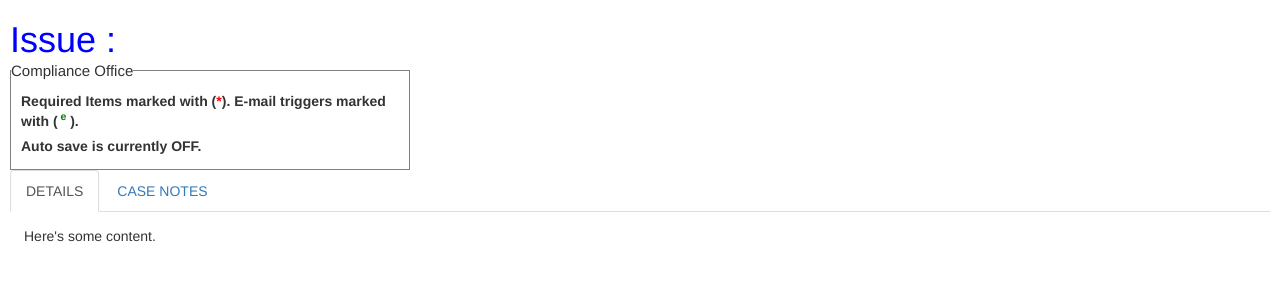
Repository: ManjushaDaram/LibraryPramati
Page: /
These files come from the project's save history. The page is drawn as it stood at one moment and after the next save; the edit follows.
The browser window is 1280 px wide. The pictures show the whole page.
The project was rebuilt for these pictures with package versions that can differ from the ones it lists, and the page was loaded fresh each time. Also part of the build but not shown: angular.json.

Above is the page before, as saved 2019-04-18 12:00:14.

### src/index.html
<!doctype html>
<html lang="en">
<head>
  <meta charset="utf-8">
  <title>PramatiLibrary</title>
  <base href="/">

  <meta name="viewport" content="width=device-width, initial-scale=1">
  <link rel="icon" type="image/x-icon" href="favicon.ico">
</head>
<body>
  <app-root></app-root>
</body>
</html>

### src/app/app.module.ts
import { BrowserModule } from '@angular/platform-browser';
import { NgModule } from '@angular/core';

import { AppRoutingModule } from './app-routing.module';
import { AppComponent } from './app.component';
import { AddissueComponent } from './AddIssue/addissue/addissue.component';
import {Tab} from './AddIssue/addissue/tabs/tab.component';
import {Tabs} from './AddIssue/addissue/tabs/tabs.component';

@NgModule({
  declarations: [
    AppComponent,
    AddissueComponent,Tab,Tabs
  ],
  imports: [
    BrowserModule,
    AppRoutingModule
  ],
  providers: [],
  bootstrap: [AppComponent]
})
export class AppModule { }

### src/app/app.component.ts
import { Component } from '@angular/core';

@Component({
  selector: 'app-root',
  templateUrl: './app.component.html',
  styleUrls: ['./app.component.css']
})
export class AppComponent {
  title = 'PramatiLibrary';
}

### src/app/AddIssue/addissue/addissue.component.ts
import { Component, OnInit } from '@angular/core';
import {} from './tabs/tabs.component';

@Component({
  selector: 'app-addissue',
  templateUrl: './addissue.component.html',
  styleUrls: ['./addissue.component.css']
})
export class AddissueComponent implements OnInit {

  constructor() { }

  ngOnInit() {
  }

}

### src/app/AddIssue/addissue/tabs/tab.component.ts
import { Component, Input } from '@angular/core';

@Component({
  selector: 'tab',
  styles: [`
    .pane{
      padding: 1em;
    }
  `],
  template: `
    <div [hidden]="!active" class="pane">
      <ng-content></ng-content>
    </div>
  `
})
export class Tab {
  @Input('tabTitle') title: string;
  @Input() active = false;
}

### src/app/AddIssue/addissue/tabs/tabs.component.ts
import { Component, ContentChildren, QueryList, AfterContentInit } from '@angular/core';
import { Tab } from './tab.component';

@Component({
  selector: 'tabs',
  template:`
    <ul class="nav nav-tabs">
      <li *ngFor="let tab of tabs" (click)="selectTab(tab)" [class.active]="tab.active">
        <a href="#">{{tab.title}}</a>
      </li>
    </ul>
    <ng-content></ng-content>
  `
})
export class Tabs implements AfterContentInit {

  @ContentChildren(Tab) tabs: QueryList<Tab>;

  // contentChildren are set
  ngAfterContentInit() {
    // get all active tabs
    let activeTabs = this.tabs.filter((tab)=>tab.active);

    // if there is no active tab set, activate the first
    if(activeTabs.length === 0) {
      this.selectTab(this.tabs.first);
    }
  }

  selectTab(tab: Tab){
    // deactivate all tabs
    this.tabs.toArray().forEach(tab => tab.active = false);

    // activate the tab the user has clicked on.
    tab.active = true;
  }

}

### src/app/app.component.html
<!--The content below is only a placeholder and can be replaced.-->
<app-addissue></app-addissue>
<router-outlet></router-outlet>

### src/app/AddIssue/addissue/addissue.component.html
<div class="inline">
<h1 style="color: blue">Issue :</h1>
</div>

<div id="inlineWord">
  <h3><span>Compliance Office</span></h3>
  <div>
    <label>Required Items marked with (<span style="color: red">*</span>). E-mail triggers marked with (<sup><span style="color:green"> e</span></sup> ).</label>
  </div>
  <div>
    <label>
      Auto save is currently <strong>OFF.</strong>
    </label>
  </div>
</div>

<div style="padding: 0 10px 0 0">
  <tabs>
    <tab tabTitle="DETAILS">
      Here's some content.
    </tab>
    <tab tabTitle="CASE NOTES">
      And here's more in another tab.
    </tab>
  </tabs>
</div>

### src/app/AddIssue/addissue/addissue.component.css
#inlineWord{
  border: 1px solid grey;
  width: 400px;
  height: 100px;
}

#inlineWord h3{
  text-align: left;
  margin-top: -10px;
  height: 20px;
  line-height: 20px;
  font-size: 15px;
}

#inlineWord h3 span{
  background-color: white;
}

div{
  margin-left: 10px
}

Loaded but not shown: src/styles.css (common file); src/main.ts (common file); src/environments/environment.ts (common file); src/app/app-routing.module.ts (common file); src/app/app.component.css (no stored copy; drawn as an empty file)

After the next save:
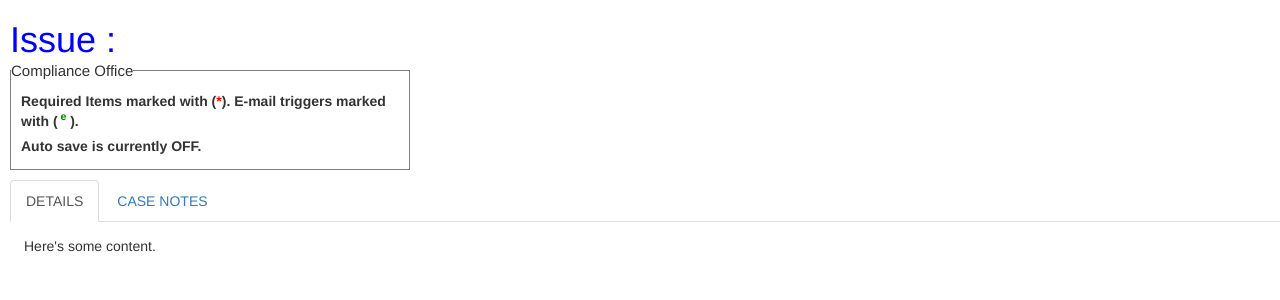
Saved 50 s later.
--- a/src/app/AddIssue/addissue/addissue.component.html
+++ b/src/app/AddIssue/addissue/addissue.component.html
@@ -14,7 +14,7 @@
   </div>
 </div>
 
-<div style="padding: 0 10px 0 0">
+<div style="margin-top: 10px">
   <tabs>
     <tab tabTitle="DETAILS">
       Here's some content.
